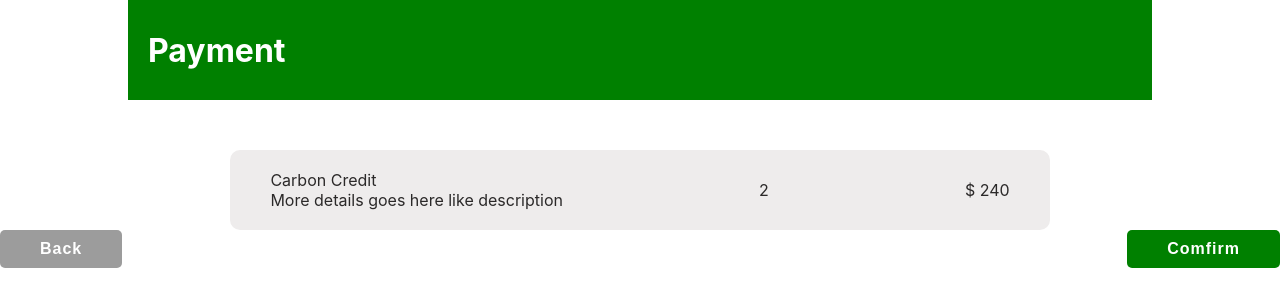
Repository: Yowani24/CarbonApp
Page: /payment
An editor plug-in stored every save of this project. The page is shown before and after the next save, followed by the edit.
The browser window is 1280 px wide. The pictures show the whole page.
The project was rebuilt for these pictures with package versions that can differ from the ones it lists, and the page was loaded fresh each time. The framework's server and built-in components were replaced by stand-ins that run in the browser. Also part of the build but not shown: next.config.js, pages/cart/Cart.module.css, pages/cart/index.js.

Above is the page before, as saved 2021-09-27 00:03:41.

### pages/_app.js
import '../styles/globals.css'
import Cart from './cart';

function MyApp({ Component, pageProps }) {
  return (
    <>
      <Component {...pageProps} />
    </>
  );
}

export default MyApp

### pages/payment/index.js
import React from 'react';
import Head from 'next/head'
import styles from './Payment.module.css'


export default function Payment(props) {
    return (
       <>
        <Head>
            <title>Payment</title>
        </Head>

        <header className={styles.header}>
            <div className={styles.interface}>
                <div className={styles.header_content}>
                    <h1>Payment</h1>
                </div>
            </div>
        </header>

        <div className={styles.content}>
            <div className={styles.interface}>
                <div className={styles.list_content}>
                    <span>
                        <p>Carbon Credit <br/> More details goes here like description</p>
                        <p>2</p>
                        <p>$ 240</p>
                    </span>
                </div>
            </div>
        </div>

        <div className={styles.button_box}>
            <span>
                <button>Back</button>
                <button>Comfirm</button>
            </span>
        </div>
       </>
    );
}

### styles/globals.css
html,
body {
  padding: 0;
  margin: 0;
  font-family: -apple-system, BlinkMacSystemFont, Segoe UI, Roboto, Oxygen,
    Ubuntu, Cantarell, Fira Sans, Droid Sans, Helvetica Neue, sans-serif;
}

a {
  color: inherit;
  text-decoration: none;
}

* {
  margin: 0;
  box-sizing: border-box;
}

### pages/payment/Payment.module.css
.interface{
    width: 80%;
    margin: 0 auto;
}
.header_content{
    background: green;
    height: 100px;
    display: flex;
    align-items: center;
    padding: 0 20px;
    color: #FFFFFF;
}

.list_content{
    width: 80%;
    margin: 0 auto;
    margin-top: 50px;
    border-radius: 10px;
    padding: 20px 40px;
    background: rgb(238, 236, 236);
}
.list_content span{
    display: flex;
    justify-content: space-between;
    align-items: center;
    color: rgb(43, 41, 41);
}

.button_box span{
    display: flex;
    justify-content: space-between;
    /* margin-top: 100px; */
}
.button_box button:first-child{
    background: rgb(156, 156, 156);
}
.button_box button:first-child:hover{
    background: rgb(122, 120, 120);
}
.button_box button:first-child:active{
    background: rgb(187, 184, 184);
}

.button_box button{
    border: none;
    background: green;
    padding: 10px 40px;
    font-size: 16px;
    color: #FFFFFF;
    letter-spacing: 1px;
    border-radius: 5px;
    cursor: pointer;
    transition: .1s;
    font-weight: bold;
}

.button_box button:nth-child(2):hover{
    background: rgb(1, 92, 1);
}
.button_box button:nth-child(2):active{
    background: rgb(13, 131, 13);
}

Loaded but not shown: pages/api/hello.js (common file)

After the next save:
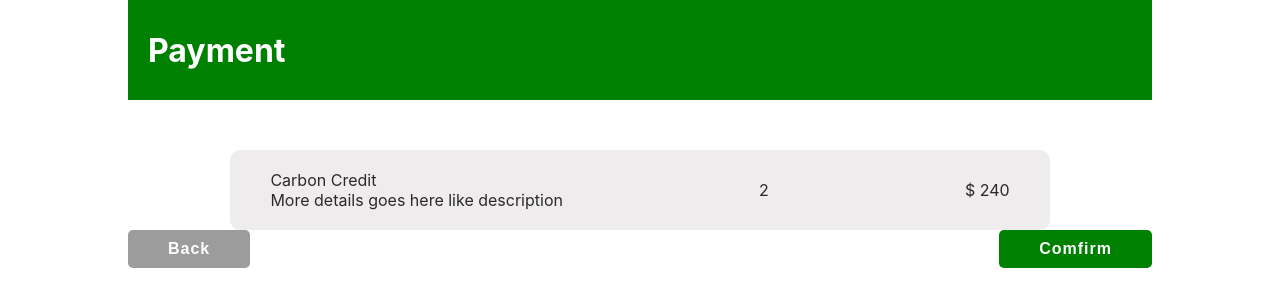
Saved 54 s later.
--- a/pages/payment/index.js
+++ b/pages/payment/index.js
@@ -31,10 +31,12 @@ export default function Payment(props) {
         </div>
 
         <div className={styles.button_box}>
-            <span>
-                <button>Back</button>
-                <button>Comfirm</button>
-            </span>
+            <div className={styles.interface}>
+                <span>
+                    <button>Back</button>
+                    <button>Comfirm</button>
+                </span>
+            </div>
         </div>
        </>
     );
